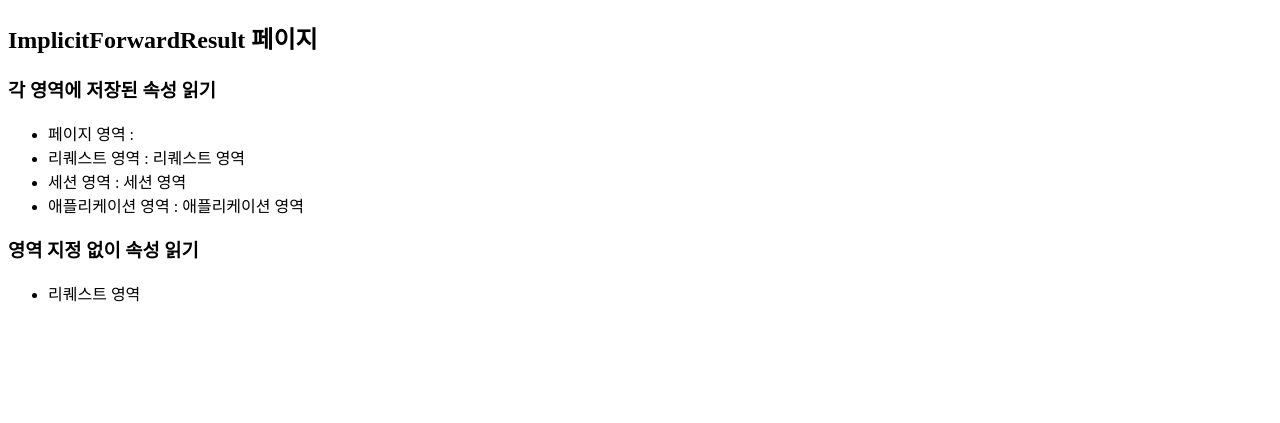
Repository: ssing365/JSPStudy
Page: http://localhost/JSPServlet/08EL/E01_ImplicitObjMain.jsp
The author's editor kept a copy of each file at every save. The page is drawn from the files as they stood at one save, then again after the next save.
The browser window is 1280 px wide. The pictures show the whole page.
The page is served by Tomcat 10.

Above is the page before, as saved 2024-10-31 08:34:08.

After the next save:
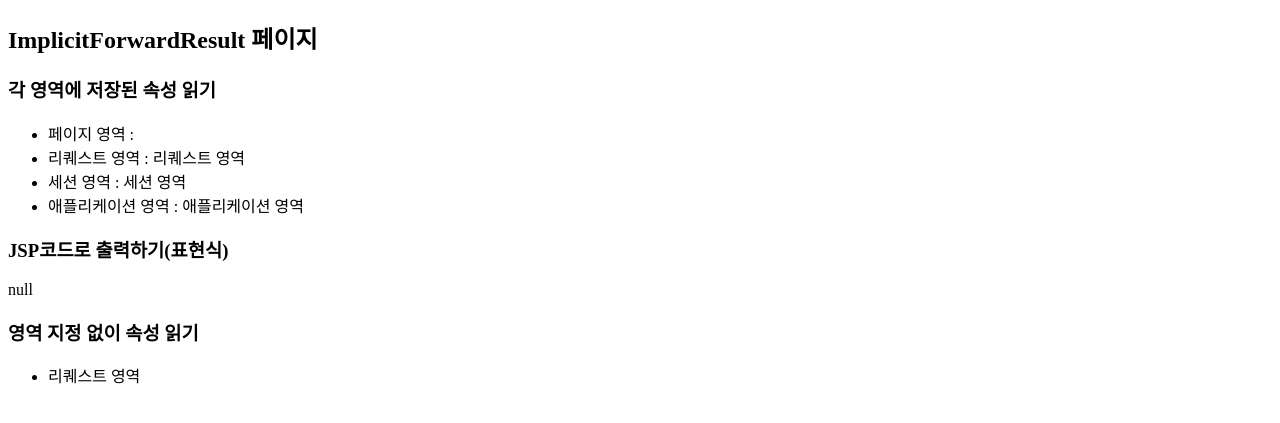
Saved 3 min 23 s later.
--- a/JSPServlet/src/main/webapp/08EL/E02_ImplicitForwardResult.jsp
+++ b/JSPServlet/src/main/webapp/08EL/E02_ImplicitForwardResult.jsp
@@ -9,12 +9,19 @@
 <body>
 	<h2>ImplicitForwardResult 페이지</h2>
 	<h3>각 영역에 저장된 속성 읽기</h3>
+	<!--
+	포워드를 하면 page영역은 소멸되고, request영역은 공유되므로
+	아래에서는 page영역 부분에 아무것도 출력되지 않는다.
+	-->
 	<ul>
 		<li>페이지 영역 : ${ pageScope.scopeValue }</li>
 		<li>리퀘스트 영역 : ${ requestScope.scopeValue }</li>
 		<li>세션 영역 : ${ sessionScope.scopeValue }</li>
 		<li>애플리케이션 영역 : ${ applicationScope.scopeValue }</li>
 	</ul>
+
+	<h3>JSP코드로 출력하기(표현식)</h3>
+	<%= pageContext.getAttribute("scopeValue") %>
 
 	<h3>영역 지정 없이 속성 읽기</h3>
 	<ul>
